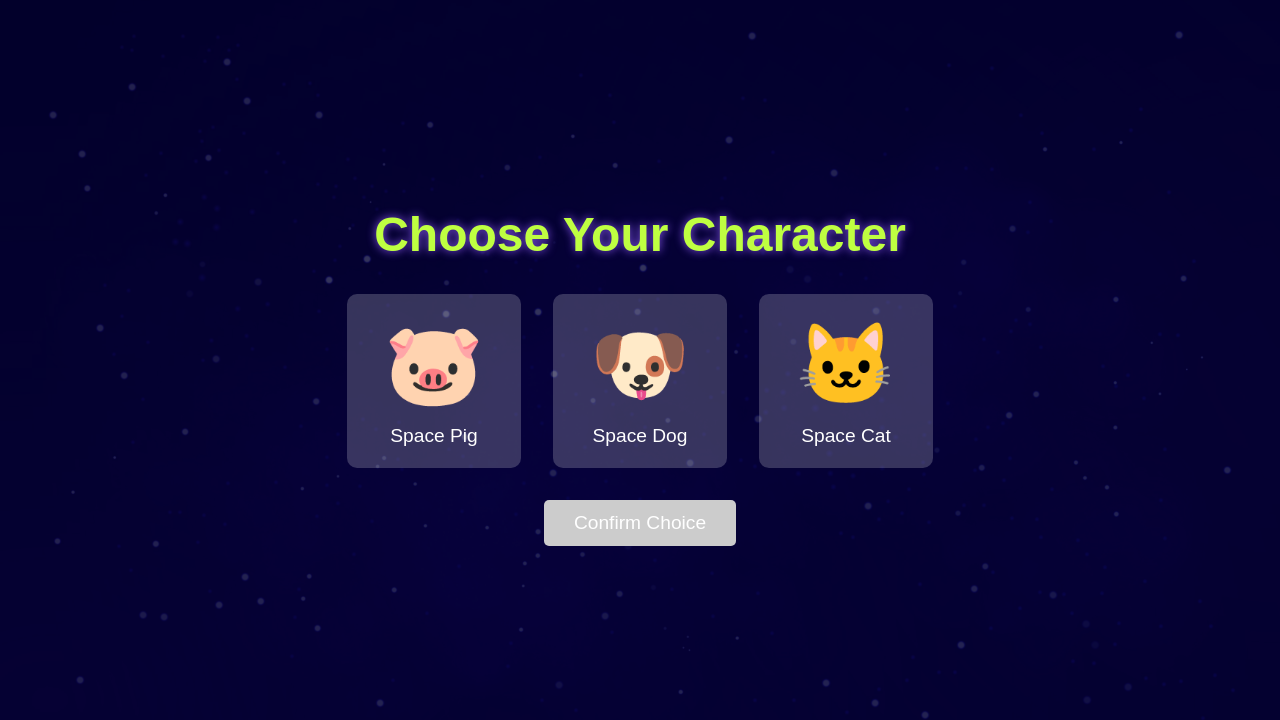
Repository: brunaguarizo/SpaceFarm
Page: index.html
An editor plug-in stored every save of this project. The page is shown before and after the next save, followed by the edit.
The browser window is 1280 px wide. The pictures show the whole page.
Some web fonts or font styles are not loaded; a fallback is used.

Above is the page before, as saved 2025-04-24 11:15:02.

### index.html
<!DOCTYPE html>
<html lang="en">
    <head>
        <meta charset="UTF-8" />
        <meta
            name="viewport"
            content="width=device-width, initial-scale=1.0" />
        <title>Space Animals Game</title>
        <link
            rel="stylesheet"
            href="styles.css" />

        <link
            rel="preconnect"
            href="https://fonts.googleapis.com" />
        <link
            rel="preconnect"
            href="https://fonts.gstatic.com"
            crossorigin />
        <link
            href="https://fonts.googleapis.com/css2?family=Ranchers&display=swap"
            rel="stylesheet" />
    </head>
    <body>
        <div id="game-container">
            <!-- Character Selection Screen -->
            <div id="character-select">
                <h1>Choose Your Character</h1>
                <div class="character-options">
                    <div
                        class="character-option"
                        data-character="pig">
                        <div class="character-icon">🐷</div>
                        <div class="character-label">Space Pig</div>
                    </div>
                    <div
                        class="character-option"
                        data-character="dog">
                        <div class="character-icon">🐶</div>
                        <div class="character-label">Space Dog</div>
                    </div>
                    <div
                        class="character-option"
                        data-character="cat">
                        <div class="character-icon">🐱</div>
                        <div class="character-label">Space Cat</div>
                    </div>
                </div>
                <button
                    id="confirm-btn"
                    disabled>
                    Confirm Choice
                </button>
            </div>

            <!-- Game Screen -->
            <div id="game-screen">
                <div id="player"></div>
                <div id="score-container">
                    <div id="score">Score: 0</div>
                    <button id="pause-btn">Pause</button>
                </div>
            </div>

            <!-- Pause Screen -->
            <div id="pause-screen">
                <h2>Game Paused</h2>
                <button id="resume-btn">Resume</button>
            </div>

            <!-- Game Over Screen -->
            <div id="game-over">
                <h2>Game Over</h2>
                <div id="final-score">Score: 0</div>
                <button id="restart-btn">Play Again</button>
            </div>
        </div>

        <script src="script.js"></script>
    </body>
</html>

### styles.css
body {
    margin: 0;
    padding: 0;
    overflow: hidden;
    font-family: var(--font-family);
    background-color: var(--mid-green);
}

#game-container {
    position: relative;
    width: 100vw;
    height: 100vh;
    background-image: url("img/space-bg.jpg");
    background-size: cover;
    overflow: hidden;
}

/* Character Selection Screen */
#character-select {
    position: absolute;
    width: 100%;
    height: 100%;
    display: flex;
    flex-direction: column;
    justify-content: center;
    align-items: center;
    z-index: 10;
    background-color: rgba(0, 0, 51, 0.8);
}

#character-select h1 {
    color: var(--light-green);
    font-size: 3rem;
    margin-bottom: 2rem;
    text-shadow: 0 0 10px var(--mid-purple);
}

.character-options {
    display: flex;
    gap: 2rem;
    margin-bottom: 2rem;
}

.character-option {
    width: 150px;
    height: 150px;
    background-color: rgba(255, 255, 255, 0.2);
    border-radius: 10px;
    display: flex;
    flex-direction: column;
    align-items: center;
    justify-content: center;
    cursor: pointer;
    transition: transform 0.3s, box-shadow 0.3s;
    padding: 10px;
    border: 2px solid transparent;
}

.character-option:hover {
    transform: scale(1.05);
    box-shadow: 0 0 15px rgba(255, 255, 255, 0.5);
}

.character-option.selected {
    border-color: #ff9900;
    box-shadow: 0 0 20px #ff9900;
}

.character-icon {
    width: 100px;
    height: 100px;
    font-size: 80px;
    display: flex;
    justify-content: center;
    align-items: center;
}

.character-label {
    color: white;
    font-size: 1.2rem;
    margin-top: 10px;
}

#confirm-btn {
    padding: 12px 30px;
    background-color: #4caf50;
    color: white;
    border: none;
    border-radius: 5px;
    font-size: 1.2rem;
    cursor: pointer;
    transition: background-color 0.3s;
}

#confirm-btn:hover {
    background-color: #45a049;
}

#confirm-btn:disabled {
    background-color: #cccccc;
    cursor: not-allowed;
}

/* Game Screen */
#game-screen {
    display: none;
    position: absolute;
    width: 100%;
    height: 100%;
}

#player {
    position: absolute;
    width: 60px;
    height: 60px;
    left: 100px;
    top: 50%;
    transform: translateY(-50%);
    font-size: 50px;
    line-height: 1;
    z-index: 5;
}

.asteroid {
    position: absolute;
    font-size: 30px;
    color: #aaa;
}

#score-container {
    position: absolute;
    top: 20px;
    right: 20px;
    display: flex;
    align-items: center;
    gap: 20px;
    z-index: 5;
}

#score {
    color: white;
    font-size: 24px;
    font-weight: bold;
    background-color: rgba(0, 0, 0, 0.5);
    padding: 10px 20px;
    border-radius: 10px;
}

#pause-btn {
    background-color: rgba(0, 0, 0, 0.5);
    color: white;
    border: none;
    border-radius: 5px;
    font-size: 18px;
    padding: 10px 15px;
    cursor: pointer;
    transition: background-color 0.3s;
}

#pause-btn:hover {
    background-color: rgba(0, 0, 0, 0.7);
}

/* Game Over Screen */
#game-over {
    display: none;
    position: absolute;
    top: 0;
    left: 0;
    width: 100%;
    height: 100%;
    background-color: rgba(0, 0, 0, 0.8);
    z-index: 15;
    flex-direction: column;
    justify-content: center;
    align-items: center;
}

#game-over h2 {
    color: #ff3333;
    font-size: 3.5rem;
    margin-bottom: 1rem;
    text-shadow: 0 0 10px rgba(255, 0, 0, 0.5);
}

#final-score {
    color: white;
    font-size: 2rem;
    margin-bottom: 2rem;
}

#restart-btn {
    padding: 12px 30px;
    background-color: #3366ff;
    color: white;
    border: none;
    border-radius: 5px;
    font-size: 1.2rem;
    cursor: pointer;
    transition: background-color 0.3s;
}

#restart-btn:hover {
    background-color: #2952cc;
}

/* Utility Classes */
.invisible {
    opacity: 0;
}

/* Pause Screen */
#pause-screen {
    display: none;
    position: absolute;
    top: 0;
    left: 0;
    width: 100%;
    height: 100%;
    background-color: rgba(0, 0, 0, 0.7);
    z-index: 12;
    flex-direction: column;
    justify-content: center;
    align-items: center;
    color: white;
}

#pause-screen h2 {
    font-size: 3rem;
    margin-bottom: 2rem;
}

#resume-btn {
    padding: 12px 30px;
    background-color: #4caf50;
    color: white;
    border: none;
    border-radius: 5px;
    font-size: 1.2rem;
    cursor: pointer;
    transition: background-color 0.3s;
}

#resume-btn:hover {
    background-color: #45a049;
}

/* --------------------------- variables  --------------------------- */
:root {
    --font-family: "Ranchers", sans-serif;
    --header: 100px;
    --text: 16px;

    --light-green: #bfff41;
    --mid-green: #a3de1a;
    --dark-green: #46b800;
    --light-pink: #ffc2ec;
    --mid-pink: #f0429c;
    --dark-pink: #910b64;
    --light-purple: #dcccff;
    --mid-purple: #8655ef;
    --dark-purple: #4913bf;
}

### script.js
// Game variables
let selectedCharacter = "";
let score = 0;
let playerElement;
let gameRunning = false;
let isPaused = false;
let playerY;
let asteroids = [];
let gameLoopInterval;
let asteroidInterval;
let gameHeight;
let gameWidth;

// Character emoji mapping
const characterEmojis = {
    pig: "🐷",
    dog: "🐶",
    cat: "🐱",
};

// Asteroid options
const asteroidOptions = ["🌑", "☄️", "🪨", "💫"];

// DOM elements
const characterOptions = document.querySelectorAll(".character-option");
const confirmBtn = document.getElementById("confirm-btn");
const characterSelectScreen = document.getElementById("character-select");
const gameScreen = document.getElementById("game-screen");
const pauseBtn = document.getElementById("pause-btn");
const pauseScreen = document.getElementById("pause-screen");
const resumeBtn = document.getElementById("resume-btn");
const gameOverScreen = document.getElementById("game-over");
const finalScoreDisplay = document.getElementById("final-score");
const restartBtn = document.getElementById("restart-btn");
const scoreDisplay = document.getElementById("score");

// Initialize the game
function init() {
    // Character selection event listeners
    characterOptions.forEach((option) => {
        option.addEventListener("click", () => {
            // Remove selected class from all options
            characterOptions.forEach((opt) => opt.classList.remove("selected"));
            // Add selected class to clicked option
            option.classList.add("selected");
            // Store selected character
            selectedCharacter = option.dataset.character;
            // Enable confirm button
            confirmBtn.disabled = false;
        });
    });

    // Confirm button event listener
    confirmBtn.addEventListener("click", startGame);

    // Pause button event listener
    pauseBtn.addEventListener("click", togglePause);

    // Resume button event listener
    resumeBtn.addEventListener("click", togglePause);

    // Restart button event listener
    restartBtn.addEventListener("click", restartGame);

    // Keyboard event listeners
    document.addEventListener("keydown", handleKeyPress);
}

// Start the game
function startGame() {
    // Hide character selection screen
    characterSelectScreen.style.display = "none";
    // Show game screen
    gameScreen.style.display = "block";

    // Set up player
    playerElement = document.getElementById("player");
    playerElement.innerHTML = characterEmojis[selectedCharacter];

    // Initialize variables
    gameHeight = window.innerHeight;
    gameWidth = window.innerWidth;
    score = 0;
    updateScore();
    playerY = gameHeight / 2;
    gameRunning = true;
    isPaused = false;
    asteroids = [];

    // Position player
    updatePlayerPosition();

    // Start game loop
    gameLoopInterval = setInterval(gameLoop, 16); // ~60fps

    // Start spawning asteroids
    spawnAsteroid(); // Spawn first asteroid immediately
    asteroidInterval = setInterval(spawnAsteroid, 1500); // Then every 1.5 seconds
}

// Game loop
function gameLoop() {
    if (!gameRunning || isPaused) return;

    // Move asteroids
    moveAsteroids();

    // Check collisions
    checkCollisions();
}

// Handle keyboard input
function handleKeyPress(e) {
    if (!gameRunning || isPaused) return;

    const moveDistance = 20;

    if (e.key === "ArrowUp" || e.key === "w") {
        // Move up
        playerY = Math.max(50, playerY - moveDistance);
        updatePlayerPosition();
    } else if (e.key === "ArrowDown" || e.key === "s") {
        // Move down
        playerY = Math.min(gameHeight - 50, playerY + moveDistance);
        updatePlayerPosition();
    }
}

// Update player position on screen
function updatePlayerPosition() {
    playerElement.style.top = `${playerY}px`;
}

// Spawn a new asteroid
function spawnAsteroid() {
    if (!gameRunning || isPaused) return;

    // Create asteroid element
    const asteroid = document.createElement("div");
    asteroid.classList.add("asteroid");

    // Set random asteroid type
    const asteroidType =
        asteroidOptions[Math.floor(Math.random() * asteroidOptions.length)];
    asteroid.innerHTML = asteroidType;

    // Set random position (y-axis)
    const asteroidY = Math.random() * (gameHeight - 100) + 50;

    // Set asteroid properties
    asteroid.style.left = `${gameWidth}px`;
    asteroid.style.top = `${asteroidY}px`;

    // Add to game screen
    gameScreen.appendChild(asteroid);

    // Add to asteroids array
    asteroids.push({
        element: asteroid,
        x: gameWidth,
        y: asteroidY,
        speed: Math.random() * 3 + 5, // Random speed between 5-8
        passed: false,
    });
}

// Move all asteroids
function moveAsteroids() {
    for (let i = asteroids.length - 1; i >= 0; i--) {
        const asteroid = asteroids[i];

        // Move asteroid
        asteroid.x -= asteroid.speed;
        asteroid.element.style.left = `${asteroid.x}px`;

        // Check if asteroid passed the player
        if (!asteroid.passed && asteroid.x < 100) {
            asteroid.passed = true;
            score += 10;
            updateScore();
        }

        // Remove asteroid if it's off-screen
        if (asteroid.x < -50) {
            gameScreen.removeChild(asteroid.element);
            asteroids.splice(i, 1);
        }
    }
}

// Check for collisions
function checkCollisions() {
    const playerRect = {
        x: 100,
        y: playerY - 30,
        width: 60,
        height: 60,
    };

    for (const asteroid of asteroids) {
        const asteroidRect = {
            x: asteroid.x,
            y: asteroid.y - 15,
            width: 30,
            height: 30,
        };

        // Check if player and asteroid rectangles intersect
        if (
            playerRect.x < asteroidRect.x + asteroidRect.width &&
            playerRect.x + playerRect.width > asteroidRect.x &&
            playerRect.y < asteroidRect.y + asteroidRect.height &&
            playerRect.y + playerRect.height > asteroidRect.y
        ) {
            // Collision detected
            gameOver();
            return;
        }
    }
}

// Update score display
function updateScore() {
    scoreDisplay.textContent = `Score: ${score}`;
}

// Toggle pause state
function togglePause() {
    isPaused = !isPaused;

    if (isPaused) {
        pauseScreen.style.display = "flex";
    } else {
        pauseScreen.style.display = "none";
    }
}

// Game over
function gameOver() {
    gameRunning = false;

    // Clear intervals
    clearInterval(gameLoopInterval);
    clearInterval(asteroidInterval);

    // Update final score
    finalScoreDisplay.textContent = `Score: ${score}`;

    // Show game over screen
    gameOverScreen.style.display = "flex";
}

// Restart game
function restartGame() {
    // Clear asteroids
    asteroids.forEach((asteroid) => {
        if (asteroid.element.parentNode) {
            asteroid.element.parentNode.removeChild(asteroid.element);
        }
    });

    // Hide game over screen
    gameOverScreen.style.display = "none";

    // Go back to character selection
    gameScreen.style.display = "none";
    characterSelectScreen.style.display = "flex";

    // Reset character selection
    characterOptions.forEach((opt) => opt.classList.remove("selected"));
    confirmBtn.disabled = true;
    selectedCharacter = "";
}

// Initialize the game when the page loads
window.addEventListener("load", init);

After the next save:
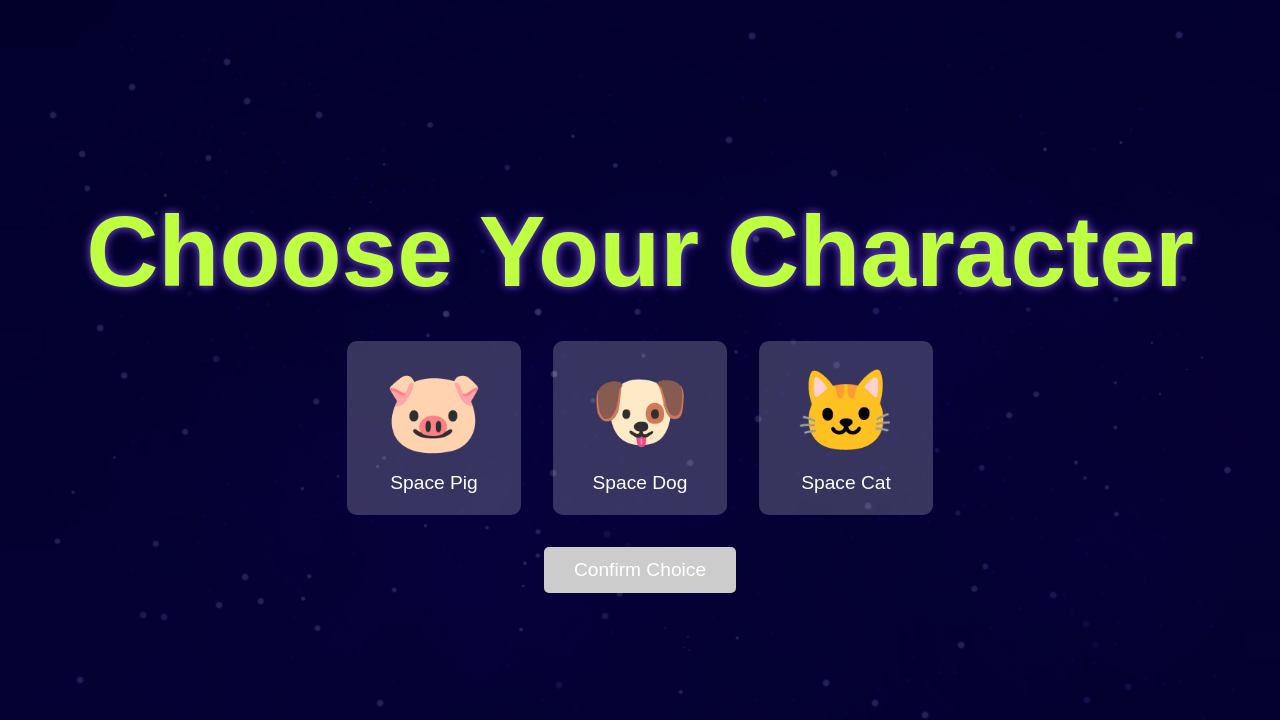
Saved 12 s later.
--- a/styles.css
+++ b/styles.css
@@ -30,7 +30,7 @@ body {
 
 #character-select h1 {
     color: var(--light-green);
-    font-size: 3rem;
+    font-size: var(--header);
     margin-bottom: 2rem;
     text-shadow: 0 0 10px var(--mid-purple);
 }
